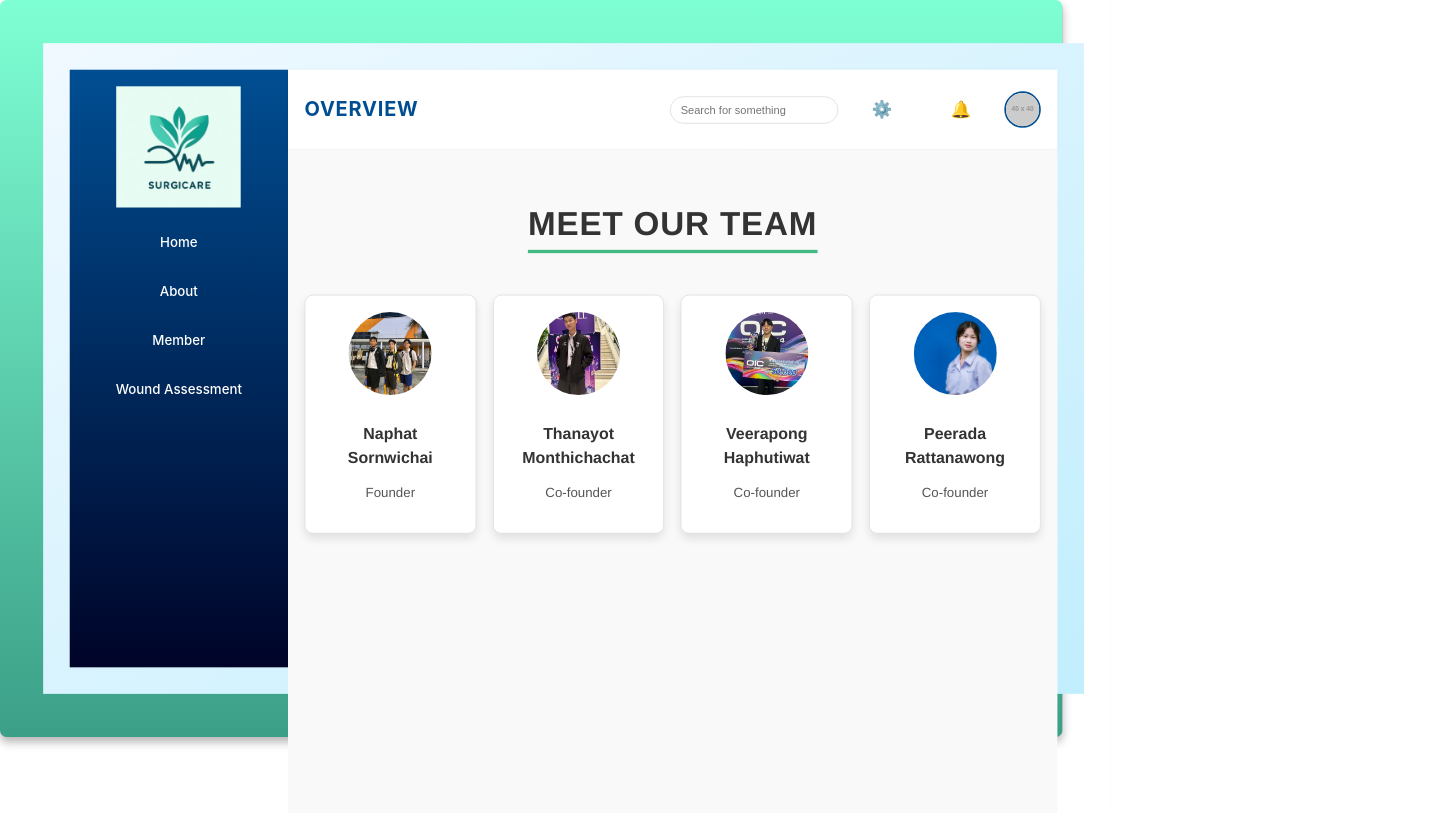
Repository: Jinwoo290350/Surgicare-Vue
Page: /member (app in surgicare/)
These files come from the project's save history. The page is drawn as it stood at one moment and after the next save; the edit follows.
The browser window is 1280 px wide. The page is 1338 px wide, then 1736 px, so the pictures cover 1736 px, including what lies to the right of the window. The pictures show the whole page, at 83% of full size.
The project was rebuilt for these pictures with package versions that can differ from the ones it lists, and the page was loaded fresh each time. Also part of the build but not shown: surgicare/vite.config.js, surgicare/src/views/Home.vue, surgicare/src/views/About.vue, surgicare/src/components/WoundAssessment.vue.

Above is the page before, as saved 2024-12-30 14:37:49.
Console error: TypeError: Cannot read properties of null (reading 'getContext')

After the next save:
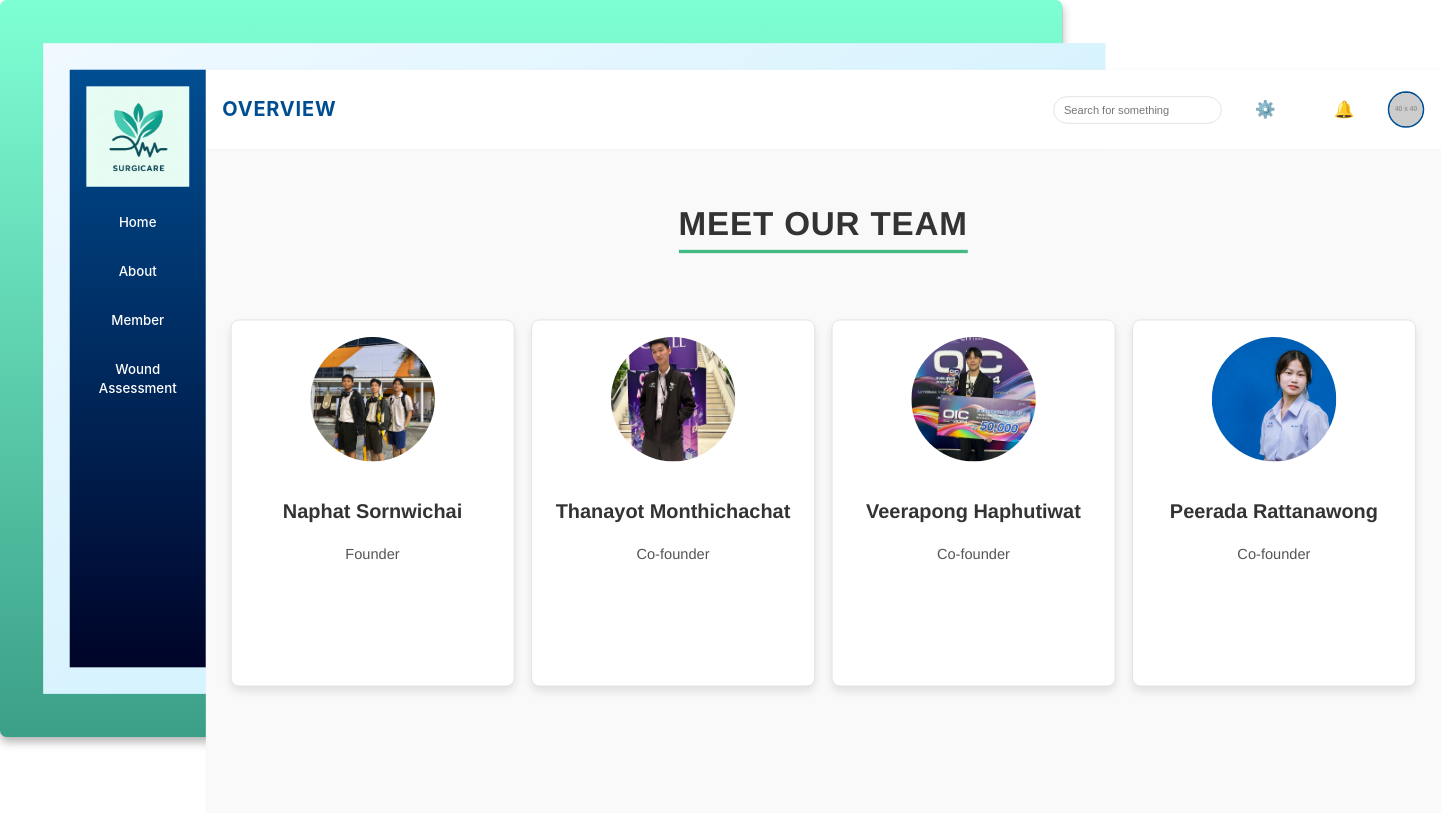
Saved 89 s later.
--- a/surgicare/src/views/Member.vue
+++ b/surgicare/src/views/Member.vue
@@ -3,18 +3,20 @@
     <div class="team-header">
       <h1>Meet Our Team</h1>
     </div>
-    <!-- Member Cards -->
-    <div class="member-cards">
-      <div
-        class="member-card"
-        v-for="(member, index) in members"
-        :key="index"
-        @click="selectMember(member)"
-      >
-        <img :src="member.photo" :alt="`Photo of ${member.name}`" class="member-photo" />
-        <div class="member-info">
-          <h2>{{ member.name }}</h2>
-          <p>{{ member.role }}</p>
+    <!-- Scrollable Member Cards -->
+    <div class="member-cards-container">
+      <div class="member-cards">
+        <div
+          class="member-card"
+          v-for="(member, index) in members"
+          :key="index"
+          @click="selectMember(member)"
+        >
+          <img :src="member.photo" :alt="`Photo of ${member.name}`" class="member-photo" />
+          <div class="member-info">
+            <h2>{{ member.name }}</h2>
+            <p>{{ member.role }}</p>
+          </div>
         </div>
       </div>
     </div>
@@ -76,7 +78,6 @@ export default {
 </script>
 
 <style scoped>
-/* Base styles */
 #team-page {
   padding: 40px 20px;
   font-family: 'Helvetica Neue', sans-serif;
@@ -85,7 +86,6 @@ export default {
   display: flex;
   flex-direction: column;
   align-items: center;
-  overflow-x: hidden;
 }
 
 .team-header {
@@ -102,16 +102,24 @@ export default {
   padding-bottom: 10px;
 }
 
-/* Responsive grid layout */
+/* Horizontal Scroll Container */
+.member-cards-container {
+  overflow-x: auto;
+  white-space: nowrap;
+  padding: 20px 0;
+  width: 100%;
+}
+
 .member-cards {
-  display: grid;
-  grid-template-columns: repeat(auto-fit, minmax(200px, 1fr));
+  display: inline-flex;
   gap: 20px;
-  max-width: 1000px;
-  width: 100%;
+  padding: 10px;
 }
 
 .member-card {
+  flex: 0 0 auto;
+  width: 300px;
+  height: 400px;
   cursor: pointer;
   border: 1px solid #e0e0e0;
   border-radius: 10px;
@@ -128,11 +136,11 @@ export default {
 }
 
 .member-photo {
-  width: 100px;
-  height: 100px;
+  width: 150px;
+  height: 150px;
   object-fit: cover;
   border-radius: 50%;
-  margin: 0 auto 10px;
+  margin: 0 auto 15px;
   transition: transform 0.3s ease;
 }
 
@@ -141,17 +149,17 @@ export default {
 }
 
 .member-info h2 {
-  font-size: 1.2rem;
+  font-size: 1.5rem;
   font-weight: bold;
   color: #333;
 }
 
 .member-info p {
-  font-size: 1rem;
+  font-size: 1.1rem;
   color: #555;
 }
 
-/* Modal styles */
+/* Modal Styles */
 .member-details {
   position: fixed;
   top: 0;
@@ -173,7 +181,6 @@ export default {
   width: 90%;
   max-width: 400px;
   box-shadow: 0 8px 16px rgba(0, 0, 0, 0.25);
-  animation: fadeIn 0.3s ease-in-out;
 }
 
 .details-content h2 {
@@ -204,34 +211,16 @@ button:hover {
   background-color: #369a6c;
 }
 
-/* Animation */
-@keyframes fadeIn {
-  from {
-    opacity: 0;
-    transform: scale(0.9);
+/* Responsive Styling */
+@media (max-width: 768px) {
+  .member-card {
+    width: 260px;
+    height: 350px;
   }
-  to {
-    opacity: 1;
-    transform: scale(1);
+
+  .member-photo {
+    width: 120px;
+    height: 120px;
   }
 }
-
-/* Media queries for responsiveness */
-@media (max-width: 768px) {
-  .team-header h1 {
-    font-size: 2rem;
-  }
-
-  .details-content h2 {
-    font-size: 1.5rem;
-  }
-
-  .details-content p {
-    font-size: 0.9rem;
-  }
-
-  button {
-    font-size: 0.9rem;
-  }
-}
 </style>
